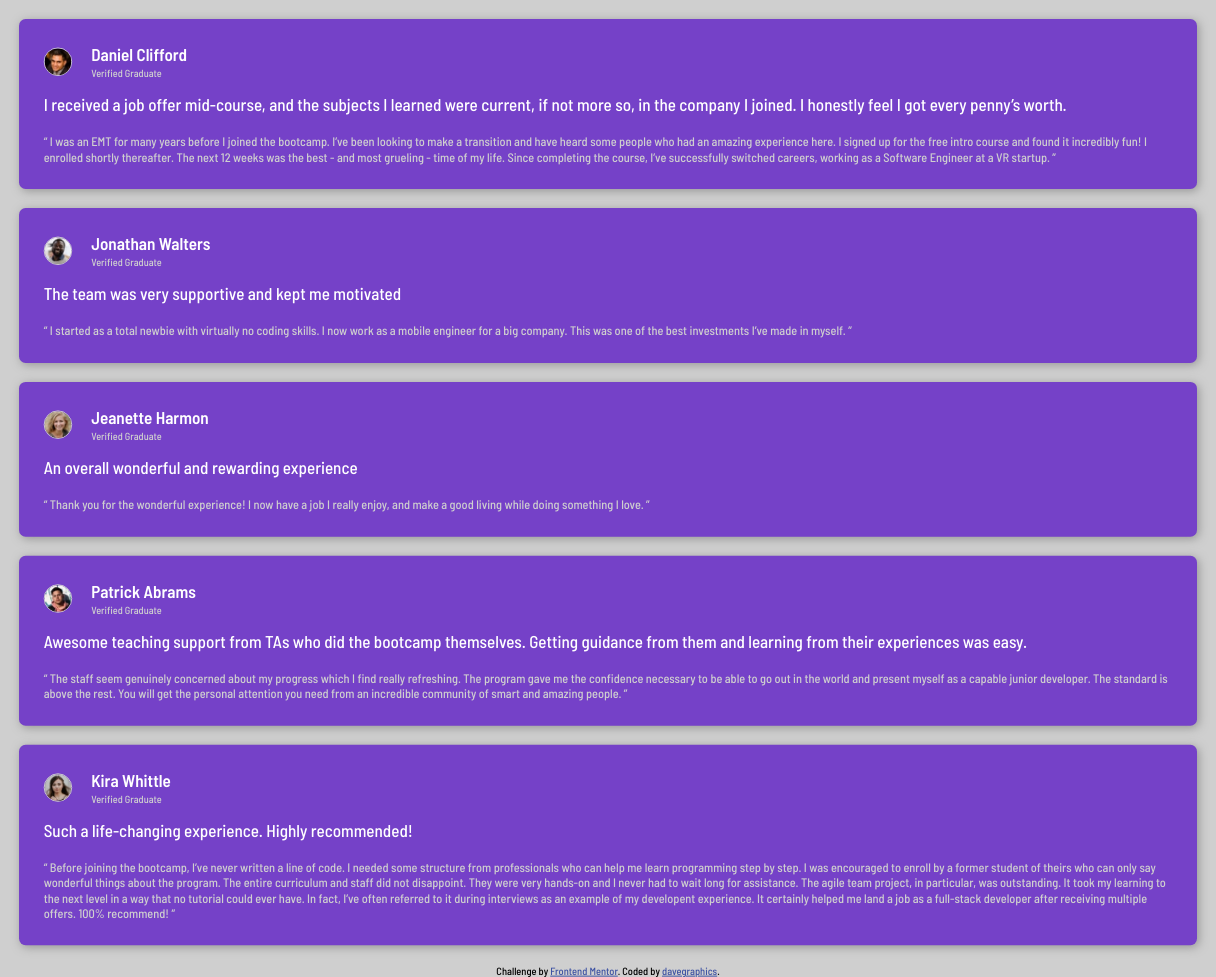
Repository: DejV44/testimonials_grid_section_main
Page: index.html
The author's editor kept a copy of each file at every save. The page is drawn from the files as they stood at one save, then again after the next save.
The browser window is 1280 px wide. The pictures show the whole page, at 95% of full size.
The style sheet was rebuilt from its Sass, Less or Tailwind sources for each picture, by a compiler version that may differ from the author's.

Above is the page before, as saved 2021-07-14 21:11:50.

### index.html
<!DOCTYPE html>
<html lang="en">

<head>
  <meta charset="UTF-8">
  <meta name="viewport" content="width=device-width, initial-scale=1.0">
  <link rel="stylesheet" href="css/style.css">
  <link rel="icon" type="image/png" sizes="32x32" href="./images/favicon-32x32.png">
  <title>Frontend Mentor | Testimonials grid section</title>
</head>

<body>
  <div class="container">
    <div class="cards">
      <div class="image">
        <img src="./images/image-daniel.jpg" alt="image-daniel">
        <div>
          <h4>Daniel Clifford</h4>
          <small>Verified Graduate</small>
        </div>
      </div>
      <p>I received a job offer mid-course, and the subjects I learned were current, if not more so,
        in the company I joined. I honestly feel I got every penny’s worth.</p>
      <blockquote>“ I was an EMT for many years before I joined the bootcamp. I’ve been looking to make a
        transition and have heard some people who had an amazing experience here. I signed up
        for the free intro course and found it incredibly fun! I enrolled shortly thereafter.
        The next 12 weeks was the best - and most grueling - time of my life. Since completing
        the course, I’ve successfully switched careers, working as a Software Engineer at a VR startup. ”</blockquote>
    </div>
    <div class="cards">
      <div class="image">
        <img src="./images/image-jonathan.jpg" alt="image-jonathan">
        <div>
          <h4>Jonathan Walters</h4>
          <small>Verified Graduate</small>
        </div>
      </div>
      <p>The team was very supportive and kept me motivated</p>
      <blockquote>“ I started as a total newbie with virtually no coding skills. I now work as a mobile engineer
        for a big company. This was one of the best investments I’ve made in myself. ”</blockquote>
    </div>
    <div class="cards">
      <div class="image">
        <img src="./images/image-jeanette.jpg" alt="image-jeanette">
        <div>
          <h4>Jeanette Harmon</h4>
          <small>Verified Graduate</small>
        </div>
      </div>
      <p>An overall wonderful and rewarding experience</p>
      <blockquote>“ Thank you for the wonderful experience! I now have a job I really enjoy, and make a good living
        while doing something I love. ”</blockquote>
    </div>
    <div class="cards">
      <div class="image">
        <img src="./images/image-patrick.jpg" alt="image-patrick">
        <div>
          <h4>Patrick Abrams</h4>
          <small>Verified Graduate</small>
        </div>
      </div>
      <p>Awesome teaching support from TAs who did the bootcamp themselves. Getting guidance from them and
        learning from their experiences was easy.</p>
      <blockquote>“ The staff seem genuinely concerned about my progress which I find really refreshing. The program
        gave me the confidence necessary to be able to go out in the world and present myself as a capable
        junior developer. The standard is above the rest. You will get the personal attention you need from
        an incredible community of smart and amazing people. ”</blockquote>
    </div>
    <div class="cards">
      <div class="image">
        <img src="./images/image-kira.jpg" alt="image-kira">
        <div>
          <h4>Kira Whittle</h4>
          <small>Verified Graduate</small>
        </div>
      </div>
      <p>Such a life-changing experience. Highly recommended!</p>
      <blockquote>“ Before joining the bootcamp, I’ve never written a line of code. I needed some structure from
        professionals who can help me learn programming step by step. I was encouraged to enroll by a former
        student of theirs who can only say wonderful things about the program. The entire curriculum and staff
        did not disappoint. They were very hands-on and I never had to wait long for assistance. The agile team
        project, in particular, was outstanding. It took my learning to the next level in a way that no tutorial
        could ever have. In fact, I’ve often referred to it during interviews as an example of my developent
        experience. It certainly helped me land a job as a full-stack developer after receiving multiple offers.
        100% recommend! ”</blockquote>
    </div>
  </div>
  <div class="attribution">
    Challenge by <a href="https://www.frontendmentor.io?ref=challenge" target="_blank">Frontend Mentor</a>.
    Coded by <a href="#">davegraphics</a>.
  </div>
</body>

</html>

### css/style.scss
@import url('https://fonts.googleapis.com/css2?family=Barlow+Semi+Condensed:wght@500;600&display=swap');

$ModerateViolet: hsl(263, 55%, 52%);
$VeryDarkGrayishBlue: hsl(217, 19%, 35%);
$VeryDarkBlackishBlue: hsl(219, 29%, 14%);
$White: hsl(0, 0%, 100%);
$LightGray: hsl(0, 0%, 81%);
$LightGrayishBlue: hsl(210, 46%, 95%);

* {
    margin: 0;
    padding: 0;
    box-sizing: border-box;
}

body {
    font-size: 13px;
    font-family: 'Barlow Semi Condensed', sans-serif;
    background-color: $LightGray;


    .container {
        display: grid;
        grid-template-columns: 2fr;

        margin: 20px;
        gap: 20px;


        .cards {
            background-color: $ModerateViolet;
            padding: 2em;
            border-radius: 7px;
            box-shadow: rgba(128, 128, 128, 0.712) 2px 2px 10px;




            .image {
                display: flex;
                margin-bottom: 15px;
                align-items: center;

                img {
                    border-radius: 50%;
                    width: 30px;
                    height: 30px;
                    margin-right: 20px;
                    border: 1px solid $LightGray;
                }

                h4 {
                    color: $White;
                    font-size: 18px;
                }

                small {
                    color: $LightGray;
                }
            }

            blockquote {
                color: $LightGray;
                padding-top: 20px;
            }
            p {
                color: $White;
                font-size: 18px;
            }
        }

    }


.attribution { font-size: 11px; text-align: center; }
.attribution a { color: hsl(228, 45%, 44%); }

}

After the next save:
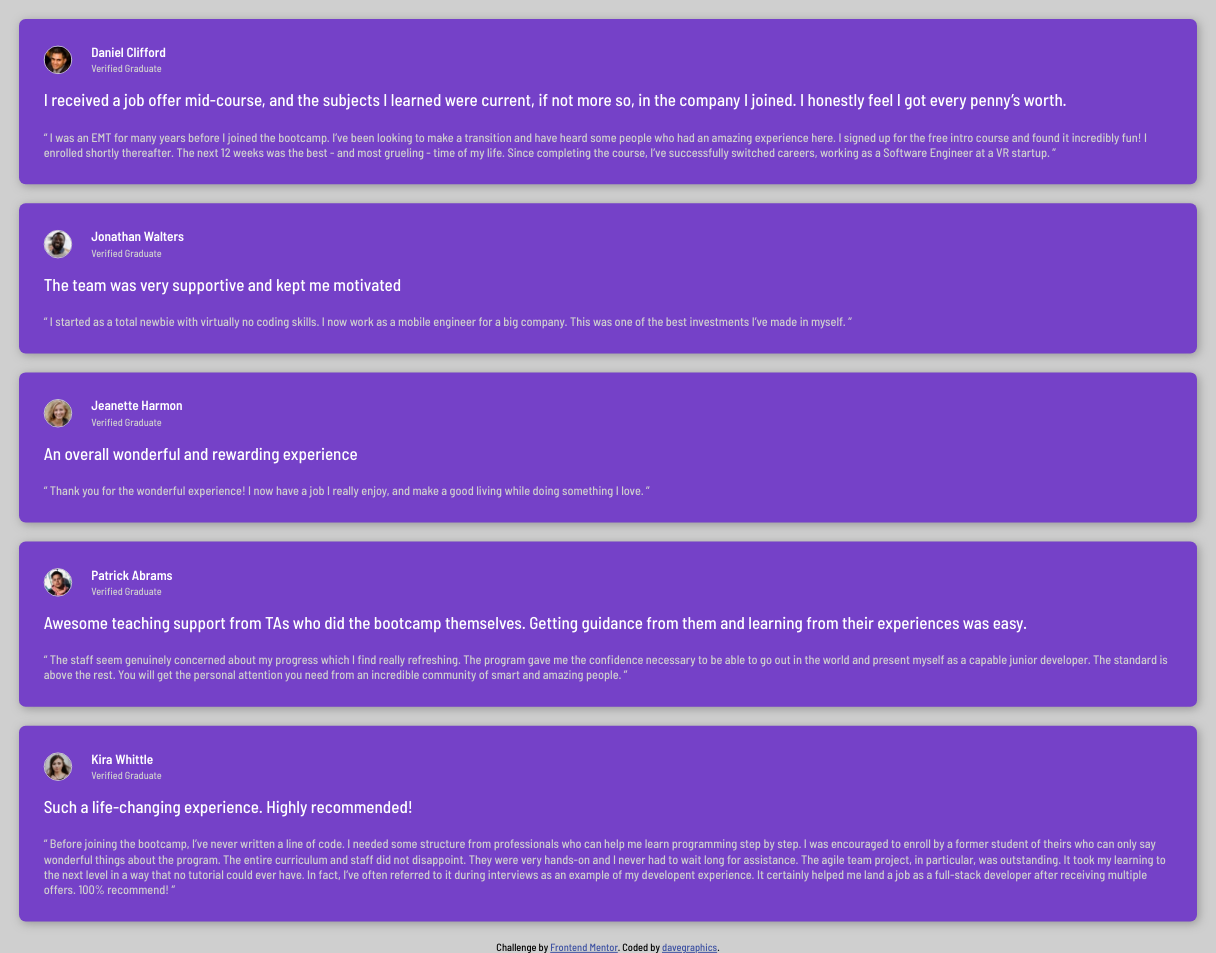
Saved 4 s later.
--- a/css/style.scss
+++ b/css/style.scss
@@ -51,7 +51,7 @@ body {
 
                 h4 {
                     color: $White;
-                    font-size: 18px;
+                    font-size: 14px;
                 }
 
                 small {
